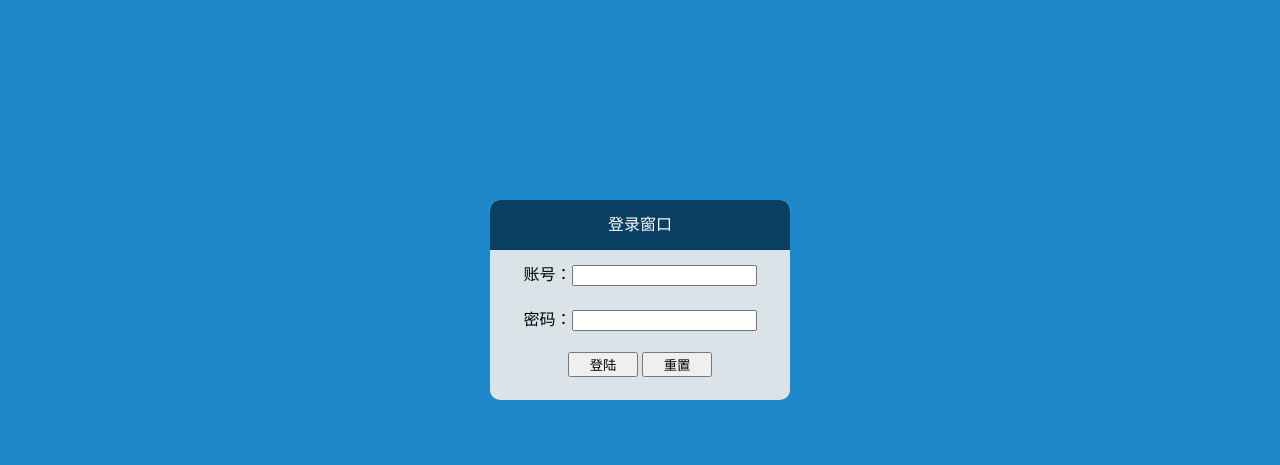
Repository: CreativeNothings/CQUPT-training
Page: ShoppingPlatform/WebContent/LoginPage.html
These files come from the project's save history. The page is drawn as it stood at one moment and after the next save; the edit follows.
The browser window is 1280 px wide. The pictures show the whole page.

Above is the page before, as saved 2023-06-28 06:08:37.

After the next save:
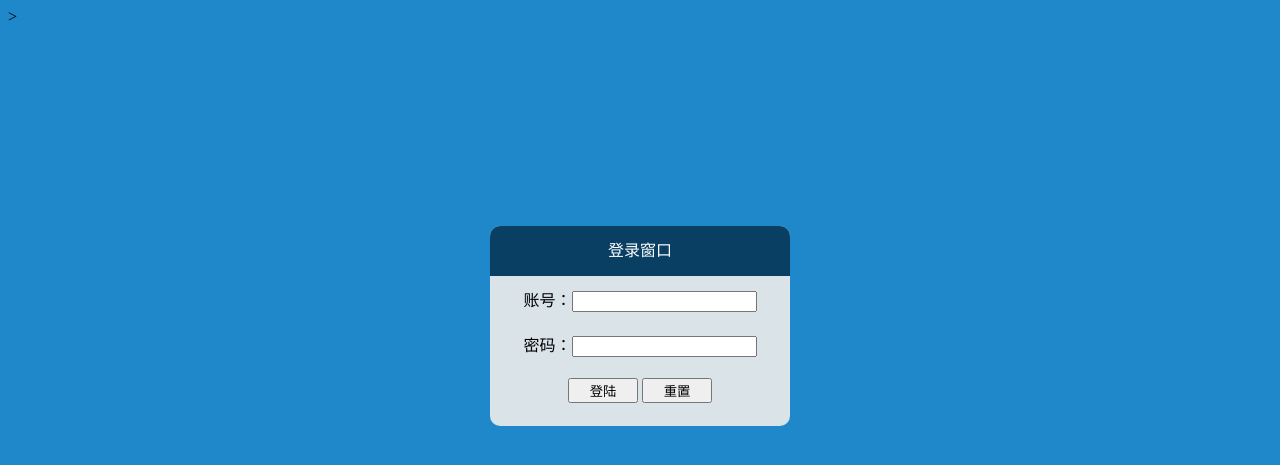
Saved 2 min 32 s later.
--- a/ShoppingPlatform/WebContent/LoginPage.html
+++ b/ShoppingPlatform/WebContent/LoginPage.html
@@ -1,5 +1,6 @@
 <!DOCTYPE html>
 <html>
+<head><meta charset="utf-8"></head>>
 <style>
     body{
         background: #1f88cb;

After the save that followed:
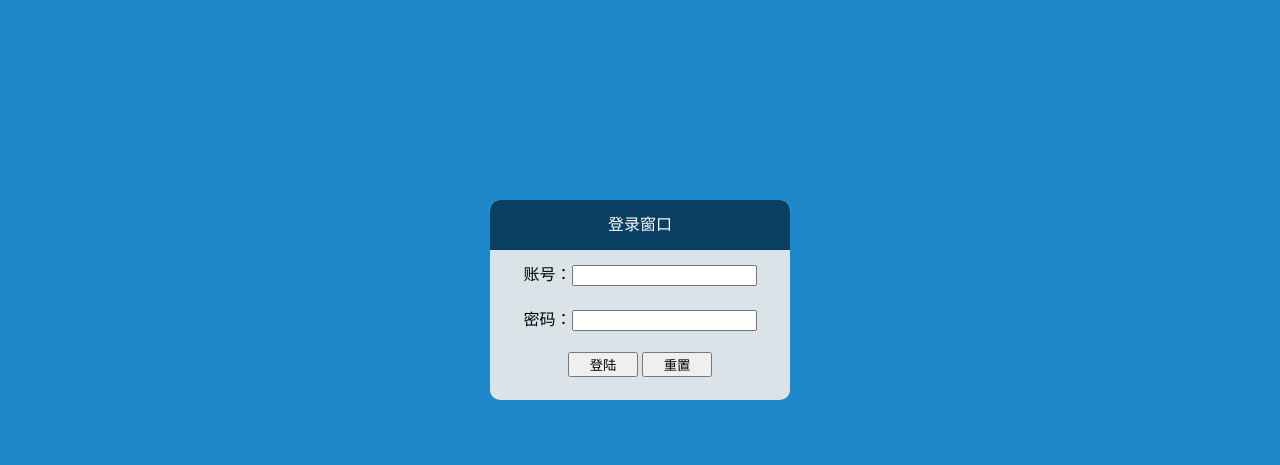
Saved 25 s later.
--- a/ShoppingPlatform/WebContent/LoginPage.html
+++ b/ShoppingPlatform/WebContent/LoginPage.html
@@ -1,6 +1,6 @@
 <!DOCTYPE html>
 <html>
-<head><meta charset="utf-8"></head>>
+<head><meta charset="utf-8"></head>
 <style>
     body{
         background: #1f88cb;
